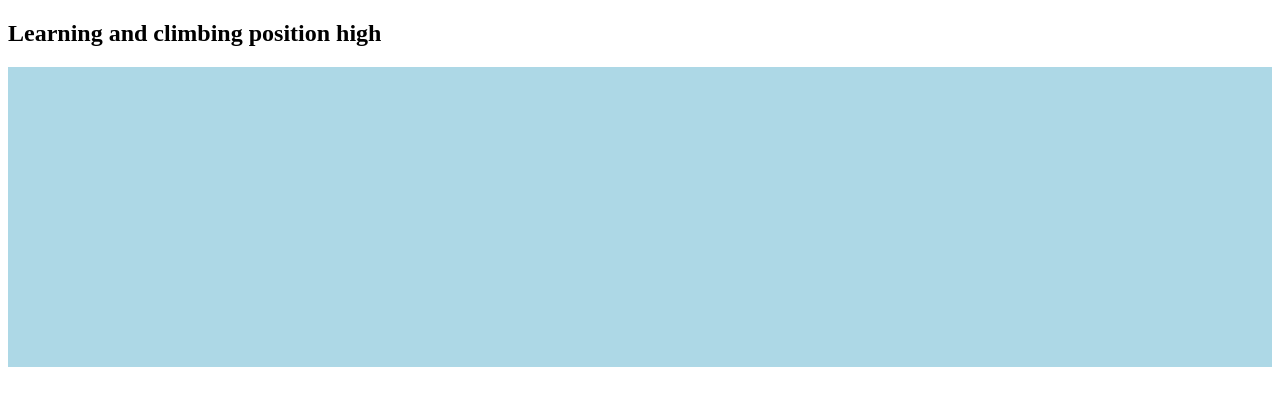
Repository: mohsinfarabi/first-website
Page: position.html
An editor plug-in stored every save of this project. The page is shown before and after the next save, followed by the edit.
The browser window is 1280 px wide. The pictures show the whole page.

Above is the page before, as saved 2020-06-29 22:37:01.

### position.html
<!DOCTYPE html>
<html lang="en">

<head>
    <meta charset="UTF-8">
    <meta name="viewport" content="width=device-width, initial-scale=1.0">
    <title>Document</title>
    <style>
        .container {
            background-color: lightblue;
        }

        div {
            height: 100px;
            width: 100px;
        }
    </style>
</head>

<body>
    <section>
        <h1>Learning and climbing position high</h1>
    </section>
    <section class="container">
        <div id="first"></div>
        <div id="second"></div>
        <div id="third"></div>
    </section>
</body>

</html>

After the next save:
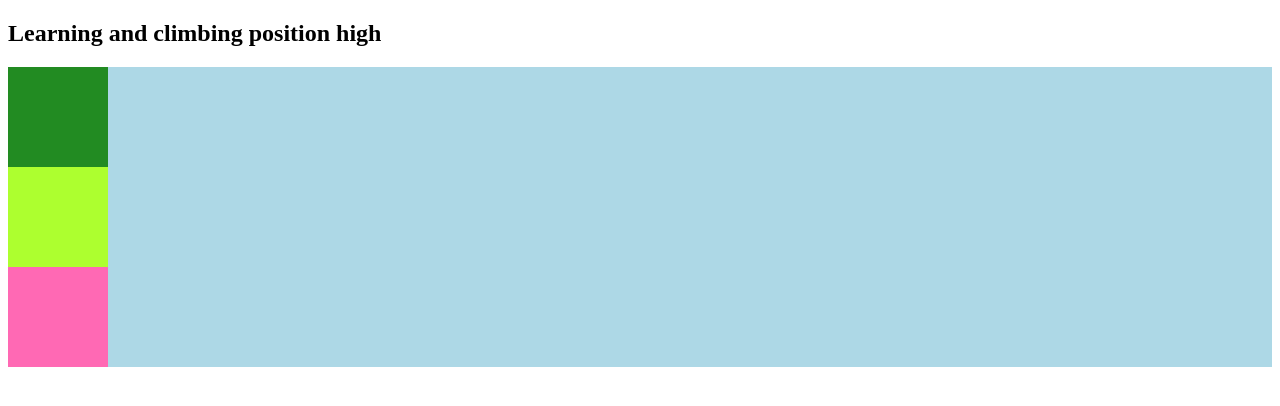
Saved 2 min 6 s later.
--- a/position.html
+++ b/position.html
@@ -14,6 +14,18 @@
             height: 100px;
             width: 100px;
         }
+
+        #first {
+            background-color: forestgreen;
+        }
+
+        #second {
+            background-color: greenyellow;
+        }
+
+        #third {
+            background-color: hotpink;
+        }
     </style>
 </head>
 
